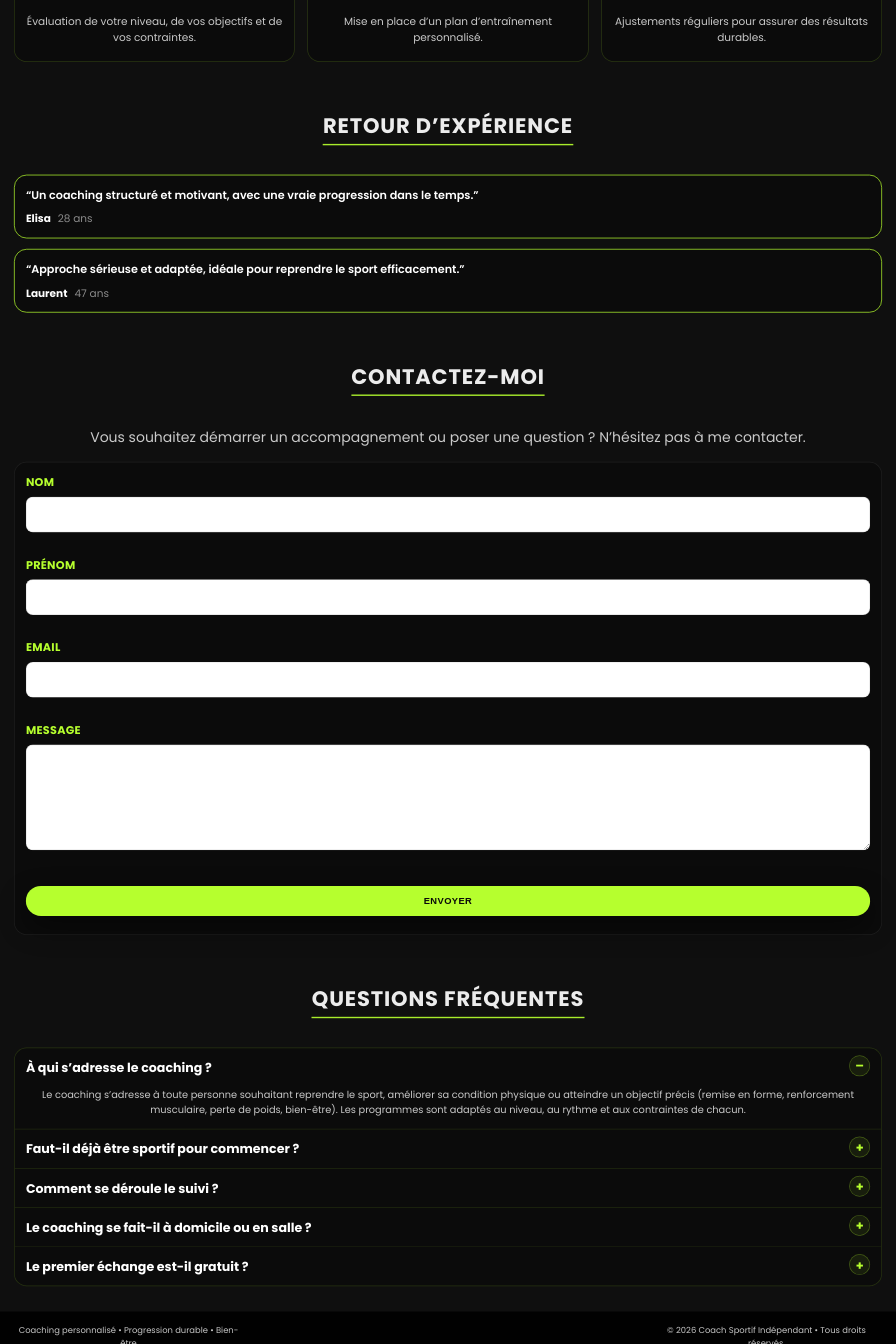
Repository: ThomasHdrd/CoachFitness
Page: index.html
These files come from the project's save history. The page is drawn as it stood at one moment and after the next save; the edit follows.
The browser window is 1280 px wide. The pictures show the part of the page from y = 1241 to 3161 px (the page is 3187 px tall before and 3113 px after), at 70% of full size.

Above is the page before, as saved 2026-01-20 23:23:21.

### index.html
<!doctype html>
<html lang="fr">
<head>
  <meta charset="utf-8" />
  <meta name="viewport" content="width=device-width, initial-scale=1" />
  <title>Coach Fitness — Landing Page</title>

  <!-- Poppins -->
  <link rel="preconnect" href="https://fonts.googleapis.com">
  <link rel="preconnect" href="https://fonts.gstatic.com" crossorigin>
  <link href="https://fonts.googleapis.com/css2?family=Poppins:wght@300;400;500;600;700;800&display=swap" rel="stylesheet">

  <link rel="stylesheet" href="styles.css" />
</head>
<body>
  <!-- Header -->
  <header class="site-header" id="top">
    <div class="container header-inner">
      <a class="brand" href="#top" aria-label="Retour en haut">
        <span class="brand-dot" aria-hidden="true"></span>
        <span class="brand-text">Coach Fitness</span>
      </a>

      <button class="nav-toggle" aria-controls="site-nav" aria-expanded="false">
        <span class="sr-only">Ouvrir le menu</span>
        <span class="burger" aria-hidden="true"></span>
      </button>

      <nav class="site-nav" id="site-nav" aria-label="Navigation principale">
        <a class="nav-link" href="#accueil">Accueil</a>
        <a class="nav-link" href="#apropos">A propos</a>
        <a class="nav-link" href="#services">Services</a>
        <a class="nav-link" href="#avis">Avis</a>
        <a class="nav-link nav-cta" href="#contact">Contact</a>
      </nav>
    </div>
  </header>

  <main>
    <!-- HERO -->
    <section class="hero" id="accueil">
      <div class="hero-overlay" aria-hidden="true"></div>
      <div class="container hero-content">
        <p class="hero-kicker">Coaching sportif personnalisé</p>
        <h1 class="hero-title accent">Atteignez vos objectifs. Progressez durablement</h1>
        <p class="hero-subtitle">
          Un accompagnement sportif sur mesure, adapté à votre niveau et à votre rythme
        </p>
        <a class="btn btn-primary" href="#contact">RÉSERVER VITE VOTRE BILAN GRATUIT</a>
      </div>
    </section>

    <!-- A PROPOS -->
    <section class="section" id="apropos">
      <div class="container">
        <div class="section-title-wrapper">
            <h2 class="section-title">À propos de moi</h2>
        </div>
        <h3 class="section-lead accent">Un coaching basé sur l’écoute et la progression</h3>

        <div class="about-grid">
          <div class="about-text">
            <p class="muted">
              Coach sportif spécialisé en remise en forme et renforcement musculaire, j’accompagne des personnes aux profils variés
              avec une approche personnalisée.
            </p>
            <p class="muted">
              Chaque programme est conçu pour s’adapter au niveau, aux objectifs et au rythme de chacun.
            </p>
          </div>
        </div>
        <div class="about-list">
            <ul class="checks">
                <li>Programmes personnalisés</li>
                <li>Approche progressive</li>
                <li>Suivi régulier</li>
            </ul>
        </div>
      </div>
    </section>

    <!-- SERVICES -->
    <section class="section" id="services">
      <div class="container">
        <div class="section-title-wrapper">
            <h2 class="section-title">Mes services</h2>
        </div>

        <div class="cards">
          <article class="card">
            <h3 class="card-title accent">COACHING INDIVIDUEL</h3>
            <p class="card-text">Des séances adaptées à votre niveau et à vos objectifs personnels</p>
          </article>

          <article class="card">
            <h3 class="card-title accent">COACHING À DOMICILE</h3>
            <p class="card-text">Entraînez-vous dans votre environnement, sans contrainte de déplacement</p>
          </article>

          <article class="card">
            <h3 class="card-title accent">SUIVI PERSONNALISÉ</h3>
            <p class="card-text">Ajustements réguliers et accompagnement pour progresser durablement</p>
          </article>
        </div>

        <div class="method">
          <h3 class="method-title">Une méthode simple et efficace</h3>

          <div class="method-steps">
            <div class="step">
              <div class="step-num accent">1. ANALYSE</div>
              <p class="muted">Évaluation de votre niveau, de vos objectifs et de vos contraintes.</p>
            </div>
            <div class="step">
              <div class="step-num accent">2. PROGRAMME</div>
              <p class="muted">Mise en place d’un plan d’entraînement personnalisé.</p>
            </div>
            <div class="step">
              <div class="step-num accent">3. SUIVI</div>
              <p class="muted">Ajustements réguliers pour assurer des résultats durables.</p>
            </div>
          </div>
        </div>
      </div>
    </section>

    <!-- AVIS -->
    <section class="section" id="avis">
      <div class="container">
        <div class="section-title-wrapper">
            <h2 class="section-title">RETOUR D’EXPÉRIENCE</h2>
        </div>

        <div class="testimonials">
          <figure class="testimonial">
            <blockquote>
              “Un coaching structuré et motivant, avec une vraie progression dans le temps.”
            </blockquote>
            <figcaption>
              <span class="name">Elisa</span>
              <span class="meta">28 ans</span>
            </figcaption>
          </figure>

          <figure class="testimonial">
            <blockquote>
              “Approche sérieuse et adaptée, idéale pour reprendre le sport efficacement.”
            </blockquote>
            <figcaption>
              <span class="name">Laurent</span>
              <span class="meta">47 ans</span>
            </figcaption>
          </figure>
        </div>
      </div>
    </section>

    <!-- CONTACT -->
    <section class="section" id="contact">
      <div class="container">
        <div class="section-title-wrapper">
            <h2 class="section-title">CONTACTEZ-MOI</h2>
        </div>
        <p class="contact-text">
          Vous souhaitez démarrer un accompagnement ou poser une question ? N’hésitez pas à me contacter.
        </p>

        <form class="form" id="contactForm" novalidate>
          <div class="field">
            <label for="nom">Nom</label>
            <input id="nom" name="nom" type="text" autocomplete="family-name" required />
            <small class="error" data-error-for="nom"></small>
          </div>

          <div class="field">
            <label for="prenom">Prénom</label>
            <input id="prenom" name="prenom" type="text" autocomplete="given-name" required />
            <small class="error" data-error-for="prenom"></small>
          </div>

          <div class="field">
            <label for="email">Email</label>
            <input id="email" name="email" type="email" autocomplete="email" required />
            <small class="error" data-error-for="email"></small>
          </div>

          <div class="field">
            <label for="message">Message</label>
            <textarea id="message" name="message" rows="5" required></textarea>
            <small class="error" data-error-for="message"></small>
          </div>

          <button class="btn btn-primary btn-wide" type="submit">ENVOYER</button>
          <p class="form-note muted" id="formStatus" role="status" aria-live="polite"></p>
        </form>
      </div>
    </section>

    <!-- FAQ -->
    <section class="section" id="faq">
      <div class="container">
        <div class="section-title-wrapper">
            <h2 class="section-title">QUESTIONS FRÉQUENTES</h2>
        </div>

        <div class="faq">
          <details class="faq-item" open>
            <summary>À qui s’adresse le coaching ?</summary>
            <div class="faq-body muted">
              Le coaching s’adresse à toute personne souhaitant reprendre le sport, améliorer sa condition physique ou atteindre un objectif précis
              (remise en forme, renforcement musculaire, perte de poids, bien-être). Les programmes sont adaptés au niveau, au rythme et aux contraintes de chacun.
            </div>
          </details>

          <details class="faq-item">
            <summary>Faut-il déjà être sportif pour commencer ?</summary>
            <div class="faq-body muted">
              Non. Le coaching s’adapte à votre niveau actuel. La progression est construite étape par étape, avec une intensité ajustée.
            </div>
          </details>

          <details class="faq-item">
            <summary>Comment se déroule le suivi ?</summary>
            <div class="faq-body muted">
              Après une analyse de votre situation, un programme personnalisé est mis en place puis ajusté régulièrement selon vos retours et votre progression.
            </div>
          </details>

          <details class="faq-item">
            <summary>Le coaching se fait-il à domicile ou en salle ?</summary>
            <div class="faq-body muted">
              Les deux sont possibles. Le format dépend de vos préférences, de votre matériel et de vos contraintes de planning.
            </div>
          </details>

          <details class="faq-item">
            <summary>Le premier échange est-il gratuit ?</summary>
            <div class="faq-body muted">
              Oui. Le premier échange permet de comprendre votre besoin et de déterminer l’accompagnement le plus adapté, sans engagement.
            </div>
          </details>
        </div>
      </div>
    </section>
  </main>

  <!-- Footer -->
  <footer class="site-footer">
    <div class="container footer-inner">
      <p class="footer-tag muted">Coaching personnalisé • Progression durable • Bien-être</p>
      <p class="footer-copy muted">© 2026 Coach Sportif Indépendant • Tous droits réservés.</p>
    </div>
  </footer>

  <script src="app.js" defer></script>
</body>
</html>

### styles.css
:root{
  --bg: #0F0F0F;            /* demandé */
  --bar: rgba(0,0,0,.90);   /* header/footer */
  --accent: #B6FF2E;        /* demandé */
  --text: #FFFFFF;
  --muted: rgba(255,255,255,.78);
  --muted2: rgba(255,255,255,.62);
  --line: rgba(182,255,46,.38);
  --card: rgba(255,255,255,.04);
  --shadow: 0 16px 40px rgba(0,0,0,.45);
  --radius: 14px;
  --radius-lg: 18px;
  --max: 1300px;
}

*{ box-sizing: border-box; }
html{ scroll-behavior: smooth; }
body{
  margin:0;
  font-family: "Poppins", system-ui, -apple-system, Segoe UI, Roboto, Arial, sans-serif;
  background: var(--bg);
  color: var(--text);
}

.container{
  width:min(100% - 40px, var(--max));
  margin-inline:auto;
}

.sr-only{
  position:absolute;
  width:1px;height:1px;
  padding:0;margin:-1px;
  overflow:hidden;clip:rect(0,0,0,0);
  white-space:nowrap;border:0;
}

/* Header */
.site-header{
  position: sticky;
  top: 0;
  z-index: 50;
  background: var(--bar);
  backdrop-filter: blur(8px);
  border-bottom: 1px solid rgba(255,255,255,.06);
}

.header-inner{
  height: 64px;
  display:flex;
  align-items:center;
  justify-content:space-between;
  gap: 14px;
}

.brand{
  display:flex;
  align-items:center;
  gap:10px;
  text-decoration:none;
  color: var(--text);
  font-weight: 700;
  letter-spacing:.3px;
}
.brand-dot{
  width:10px;height:10px;
  border-radius:999px;
  background: var(--accent);
  box-shadow: 0 0 0 6px rgba(182,255,46,.12);
}
.brand-text{ font-size: 14px; opacity:.95; }

.site-nav{
  display:flex;
  align-items:center;
  gap: 18px;
}
.nav-link{
  color: var(--text);
  text-decoration:none;
  font-size: 13px;
  opacity: .88;
  transition: opacity .2s ease, color .2s ease;
  padding: 10px 6px;
}
.nav-link:hover{ opacity:1; color: var(--accent); }

.nav-cta{
  border: 1px solid rgba(182,255,46,.45);
  border-radius: 999px;
  padding: 10px 14px;
}
.nav-cta:hover{
  background: rgba(182,255,46,.10);
}

/* Mobile nav */
.nav-toggle{
  display:none;
  border:0;
  background: transparent;
  color: var(--text);
  padding: 10px;
  border-radius: 10px;
}
.nav-toggle:hover{ background: rgba(255,255,255,.06); }
.burger{
  width: 22px; height: 2px;
  display:block;
  background: var(--text);
  position: relative;
}
.burger::before,.burger::after{
  content:"";
  position:absolute;
  left:0;
  width:22px;height:2px;
  background: var(--text);
}
.burger::before{ top:-7px; }
.burger::after{ top:7px; }

/* Hero */
.hero{
  position: relative;
  min-height: 50vh;
  display:flex;
  align-items:center;
  padding: 52px 0;
  background:
    linear-gradient(180deg, rgba(0,0,0,.55), rgba(0,0,0,.88)),
    url("assets/hero.jpg") center/cover no-repeat;
  background-position: center 30%;
}
.hero-overlay{
  position:absolute;
  inset:0;
  background: radial-gradient(1200px 600px at 50% 25%, rgba(182,255,46,.10), transparent 60%);
  pointer-events:none;
}
.hero-content{
  position:relative;
  text-align:center;
}
.hero-kicker{
  margin:0 0 10px;
  font-size: 50px;
  letter-spacing: .6px;
  text-transform: uppercase;
  font-weight: bold;
}
.hero-title{
  margin: 0 auto;
  margin:0 0 10px;
}
.hero-title {
  font-size: 35px;
  display:block;
  color: var(--accent);
  font-weight: 800;
  text-transform:none;
  margin-top: 8px;
}
.hero-subtitle{
  margin: 16px auto 22px;
  padding-top: 30px;
  color: var(--muted);
  font-size: 22px;
  line-height: 1.55;
  padding-bottom: 30px;
}

/* Buttons */
.btn{
  display:inline-flex;
  align-items:center;
  justify-content:center;
  gap:10px;
  text-decoration:none;
  border: 0;
  cursor:pointer;
  font-weight: 700;
  letter-spacing: .6px;
  text-transform: uppercase;
  border-radius: 999px;
  padding: 14px 18px;
  box-shadow: var(--shadow);
}
.btn-primary{
  background: var(--accent);
  color: #0A0A0A;
  width: 70%;
}
.btn-primary:hover{
  background: transparent;
  border: 1px solid var(--accent);
  color: var(--accent);
  filter: brightness(.95);
}
.btn-wide{ width: 100%; margin-top: 10px; }

/* Sections */
.section{
  padding: 35px 0;
}
#apropos
{
  padding-bottom: 20px;
}

.section-title {
  text-align: justify;
  align-items: center;
  margin: 0 0 14px;
  font-size: 30px;
  letter-spacing: 1.2px;
  text-transform: uppercase;
  opacity: .92;
  padding-bottom: 10px;
  display: inline-block; /* Le titre prend uniquement la largeur du texte */
}

.section-title::after {
  content: "";
  display: block;
  width: 100%; /* La barre fait la largeur du texte */
  height: 2px;
  background-color: var(--accent);
  margin-top: 2px;
}

/* Conteneur pour centrer le titre inline-block */
.section-title-wrapper {
  text-align: center;
}
.section-lead{
  text-align:center;
  margin: 0 0 22px;
  font-size: 25px;
  font-weight: 700;
}
.accent{ color: var(--accent);}
.muted{ color: var(--muted); font-size: 15px; text-align: center;}
.muted2{ color: var(--muted2); }

/* About */
.about-grid{
  gap: 18px;
  align-items:start;
}
.about-text{
  background: rgba(255,255,255,.02);
  border: 1px solid rgba(255,255,255,.06);
  border-radius: var(--radius-lg);
  padding: 18px;
  margin-bottom: 30px;
}
.about-text p{ margin: 0 0 10px; }
.about-text p:last-child{ margin-bottom: 0; }

.checks{
  list-style: none;
  margin: 0;
  padding: 16px 18px;
  border-radius: var(--radius-lg);
  border: 1px solid rgba(182,255,46,.20);
  background: rgba(182,255,46,.06);
  display: flex;
  flex-wrap: wrap;
  gap: 20%;
  justify-content: space-around;
  align-items: center;
}
.checks li{
  position: relative;
  padding-left: 30px;
  margin: 10px 0;
  font-weight: 600;
}
.checks li::before{
  content:"";
  position:absolute;
  left:0; top: 6px;
  width: 16px; height: 10px;
  border-left: 2px solid var(--accent);
  border-bottom: 2px solid var(--accent);
  transform: rotate(-45deg);
}

/* Cards */
.cards{
  display:grid;
  gap: 18px;
  margin-top: 18px;
  grid-template-columns: repeat(3, 1fr);
}
.card{
  background: rgba(255,255,255,.02);
  border: 1px solid rgba(255,255,255,.10);
  border-radius: var(--radius-lg);
  padding: 16px 16px 14px;
  box-shadow: 0 14px 34px rgba(0,0,0,.35);
}
.card-title{
  margin:0 0 6px;
  font-size: 20px;
  text-align: center;
  font-weight: 800;
  text-transform: uppercase;
  letter-spacing: .8px;
}
.card-text{
  margin:0;
  color: var(--muted);
  font-size: 15px;
  line-height: 1.55;
}

/* Method */
.method{
  margin-top: 26px;
  padding-top: 12px;
}
.method-title{
  text-align:center;
  margin: 0 0 14px;
  font-size: 20px;
  font-weight: 700;
  opacity: .95;
}
.method-steps{
  display:grid;
  gap: 18px;
  grid-template-columns: repeat(3, 1fr);
}
.step{
  border: 1px solid rgba(182,255,46,.18);
  background: rgba(0,0,0,.25);
  border-radius: var(--radius-lg);
  padding: 8px 16px;
}
.step-num{
  font-weight: 800;
  letter-spacing: .6px;
  text-transform: uppercase;
  font-size: 20px;
  margin-bottom: 6px;
  text-align: center;
}

/* Testimonials */
.testimonials{
  display:grid;
  gap: 15px;
  margin-top: 18px;
}
.testimonial{
  margin:0;
  border: 1px solid #B6FF2E;
  background: rgba(0,0,0,.25);
  border-radius: var(--radius-lg);
  padding: 16px;
}
.testimonial blockquote{
  margin:0 0 10px;
  color: var(--text);
  font-weight: 600;
  line-height: 1.5;
}
.testimonial figcaption{
  display:flex;
  gap: 10px;
  align-items:baseline;
  color: var(--muted2);
  font-size: 15px;
}
.testimonial .name{ color: var(--text); font-weight: 700; }
.testimonial .meta{ opacity:.85; }

/* Form */
.contact-text{
  text-align: center;
  color: var(--muted);
  font-size: 20px;
}

.form{
  margin-top: 18px;
  border-radius: var(--radius-lg);
  border: 1px solid rgba(255,255,255,.08);
  background: rgba(0,0,0,.25);
  padding: 16px;
}
.field{ margin-bottom: 12px; }
label{
  display:block;
  font-size: 16px;
  font-weight: 700;
  letter-spacing: .4px;
  margin-bottom: 8px;
  color: var(--accent);
  text-transform: uppercase;
}
input, textarea{
  width:100%;
  font-family: inherit;
  font-size: 16px;
  color: #0A0A0A;
  background: #FFFFFF;
  border: 1px solid rgba(0,0,0,.12);
  border-radius: 10px;
  padding: 12px 12px;
  outline: none;
}
textarea{ resize: vertical; min-height: 110px; }
input:focus, textarea:focus{
  box-shadow: 0 0 0 4px rgba(182,255,46,.20);
  border-color: rgba(182,255,46,.55);
}
.error{
  display:block;
  min-height: 16px;
  margin-top: 6px;
  font-size: 12px;
  color: #FF6B6B;
}
.form-note{
  margin: 10px 0 0;
  font-size: 12px;
}

/* FAQ */
.faq{
  margin-top: 18px;
  border-radius: var(--radius-lg);
  overflow:hidden;
  border: 1px solid rgba(182,255,46,.16);
  background: rgba(0,0,0,.25);
}
.faq-item{
  border-top: 1px solid rgba(182,255,46,.12);
}
.faq-item:first-child{ border-top: 0; }
.faq-item summary{
  list-style:none;
  cursor:pointer;
  padding: 14px 16px;
  font-weight: 700;
  font-size: 18px;
  position: relative;
}
.faq-item summary::-webkit-details-marker{ display:none; }
.faq-item summary::after{
  content:"+";
  position:absolute;
  right: 16px;
  top: 10px;
  width: 28px; height: 28px;
  display:grid;
  place-items:center;
  border-radius: 999px;
  color: var(--accent);
  border: 1px solid rgba(182,255,46,.28);
  background: rgba(182,255,46,.08);
}
.faq-item[open] summary::after{ content:"–"; }
.faq-body{
  padding: 0 16px 16px;
  font-size: 14px;
  line-height: 1.6;
}

/* Footer */
.site-footer{
  background: var(--bar);
  border-top: 1px solid rgba(255,255,255,.06);
  padding: 18px 0;
}
.footer-inner{
  text-align:center;
  display:flex;
  justify-content: center;
  align-items: center;
  gap: 47%;
}
.footer-tag, .footer-copy{
  margin:0;
  font-size: 12px;
}

/* Responsive */
@media (min-width: 761px) and (max-width: 1024px){
  .hero-content{ text-align:center; }
  .hero-kicker{ font-size: 40px; }
  .hero-title{ font-size: 28px; }
  .about-grid{
    grid-template-columns: 1.2fr .8fr;
    gap: 18px;
  }
  .cards{
    grid-template-columns: repeat(3, 1fr);
  }
  .method-steps{
    grid-template-columns: repeat(3, 1fr);
  }
  .testimonials{
    grid-template-columns: repeat(2, 1fr);
  }
}

/* Mobile nav behavior */
@media (max-width: 760px){
  .section {
    padding: 28px 0;
  }
  .section-title{
    font-size: 24px;
  }
  .nav-toggle{ display:inline-flex; }
  .hero-kicker{ font-size: 32px; }
  .hero-title{ font-size: 24px; }
  .hero-subtitle{ font-size: 18px; }
  .site-nav{
    position: fixed;
    inset: 64px 12px auto 12px;
    background: rgba(0,0,0,.95);
    border: 1px solid rgba(255,255,255,.08);
    border-radius: 16px;
    padding: 12px;
    display:none;
    flex-direction: column;
    gap: 6px;
    box-shadow: 0 18px 50px rgba(0,0,0,.6);
  }
  .section-title {
    padding-bottom: 0;
  }
  .site-nav.is-open{ display:flex; }
  .nav-link{ width:100%; text-align:center; padding: 12px; }
  .faq-item summary{ font-size: 16px; }
  .faq-item summary{ padding-right: 50px; }
  .contact-text{ font-size: 16px; }
  .nav-cta{ width:100%; }
  .footer-inner{
    flex-direction: column;
    gap: 12px;
  }
  .footer-tag, .footer-copy{
    font-size: 10px;
  }
}

### app.js
// Mobile menu toggle
const toggle = document.querySelector('.nav-toggle');
const nav = document.querySelector('#site-nav');

if (toggle && nav) {
  toggle.addEventListener('click', () => {
    const isOpen = nav.classList.toggle('is-open');
    toggle.setAttribute('aria-expanded', String(isOpen));
  });

  // Close menu on link click (mobile)
  nav.querySelectorAll('a').forEach(a => {
    a.addEventListener('click', () => {
      nav.classList.remove('is-open');
      toggle.setAttribute('aria-expanded', 'false');
    });
  });

  // Close on ESC
  document.addEventListener('keydown', (e) => {
    if (e.key === 'Escape') {
      nav.classList.remove('is-open');
      toggle.setAttribute('aria-expanded', 'false');
    }
  });
}

// FAQ: allow only one open at a time (optional premium behavior)
const faqItems = document.querySelectorAll('.faq-item');
faqItems.forEach((item) => {
  item.addEventListener('toggle', () => {
    if (item.open) {
      faqItems.forEach((other) => {
        if (other !== item) other.open = false;
      });
    }
  });
});

// Contact form validation (front only, demo)
const form = document.getElementById('contactForm');
const statusEl = document.getElementById('formStatus');

function setError(name, message) {
  const el = document.querySelector(`[data-error-for="${name}"]`);
  if (el) el.textContent = message || '';
}

function isEmail(v) {
  return /^[^\s@]+@[^\s@]+\.[^\s@]+$/.test(v);
}

if (form) {
  form.addEventListener('submit', (e) => {
    e.preventDefault();

    const data = new FormData(form);
    const nom = String(data.get('nom') || '').trim();
    const prenom = String(data.get('prenom') || '').trim();
    const email = String(data.get('email') || '').trim();
    const message = String(data.get('message') || '').trim();

    let ok = true;

    setError('nom', '');
    setError('prenom', '');
    setError('email', '');
    setError('message', '');
    if (statusEl) statusEl.textContent = '';

    if (!nom) { setError('nom', 'Veuillez renseigner votre nom.'); ok = false; }
    if (!prenom) { setError('prenom', 'Veuillez renseigner votre prénom.'); ok = false; }
    if (!email || !isEmail(email)) { setError('email', 'Veuillez renseigner un email valide.'); ok = false; }
    if (!message || message.length < 10) { setError('message', 'Veuillez écrire un message (min. 10 caractères).'); ok = false; }

    if (!ok) return;

    // Demo success
    form.reset();
    if (statusEl) statusEl.textContent = "Message envoyé (démo). Je reviens vers vous au plus vite.";
  });
}

After the next save:
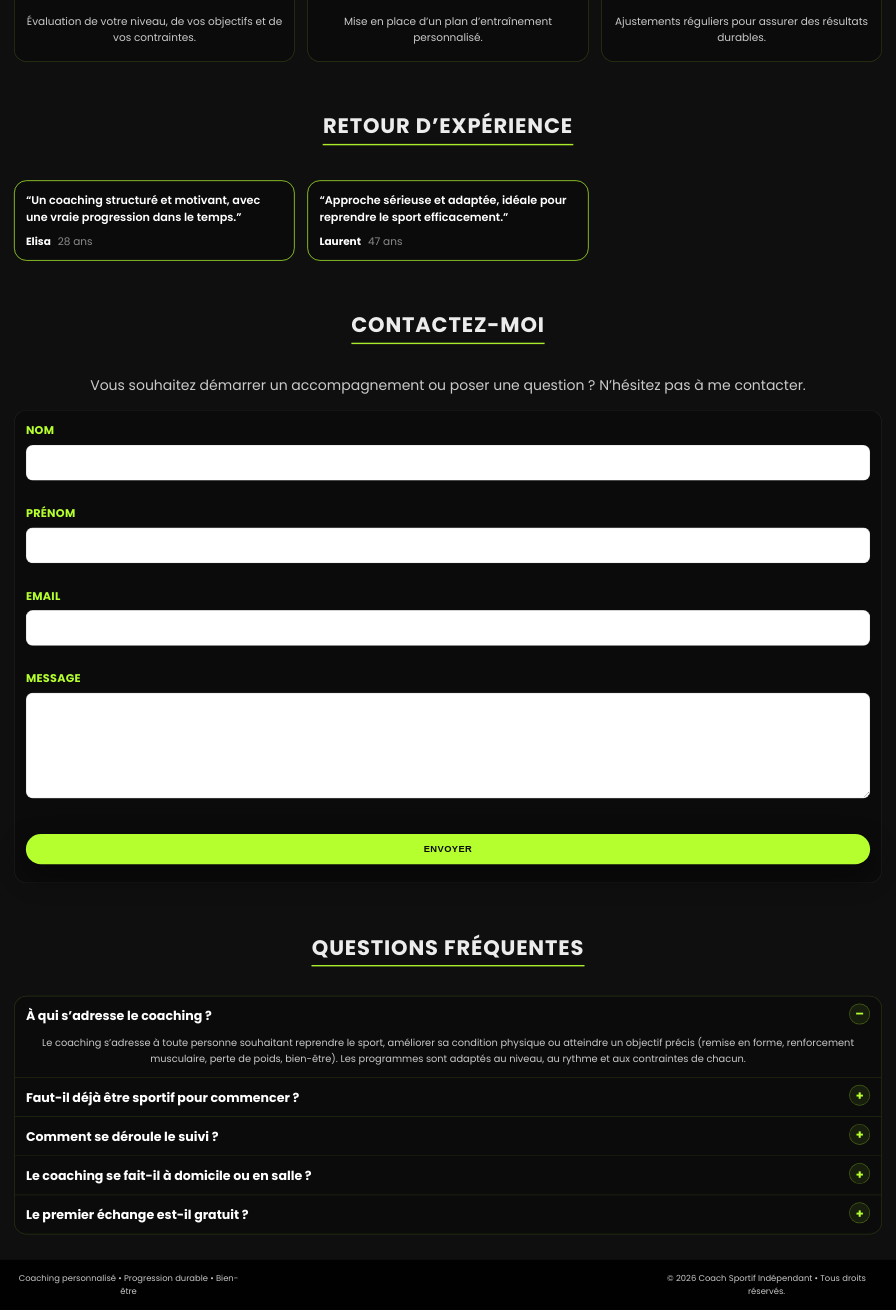
Saved 27 s later.
--- a/styles.css
+++ b/styles.css
@@ -350,9 +350,10 @@ body{
 
 /* Testimonials */
 .testimonials{
+  margin-top: 26px;
   display:grid;
-  gap: 15px;
-  margin-top: 18px;
+  gap: 18px;
+  grid-template-columns: repeat(3, 1fr);
 }
 .testimonial{
   margin:0;
